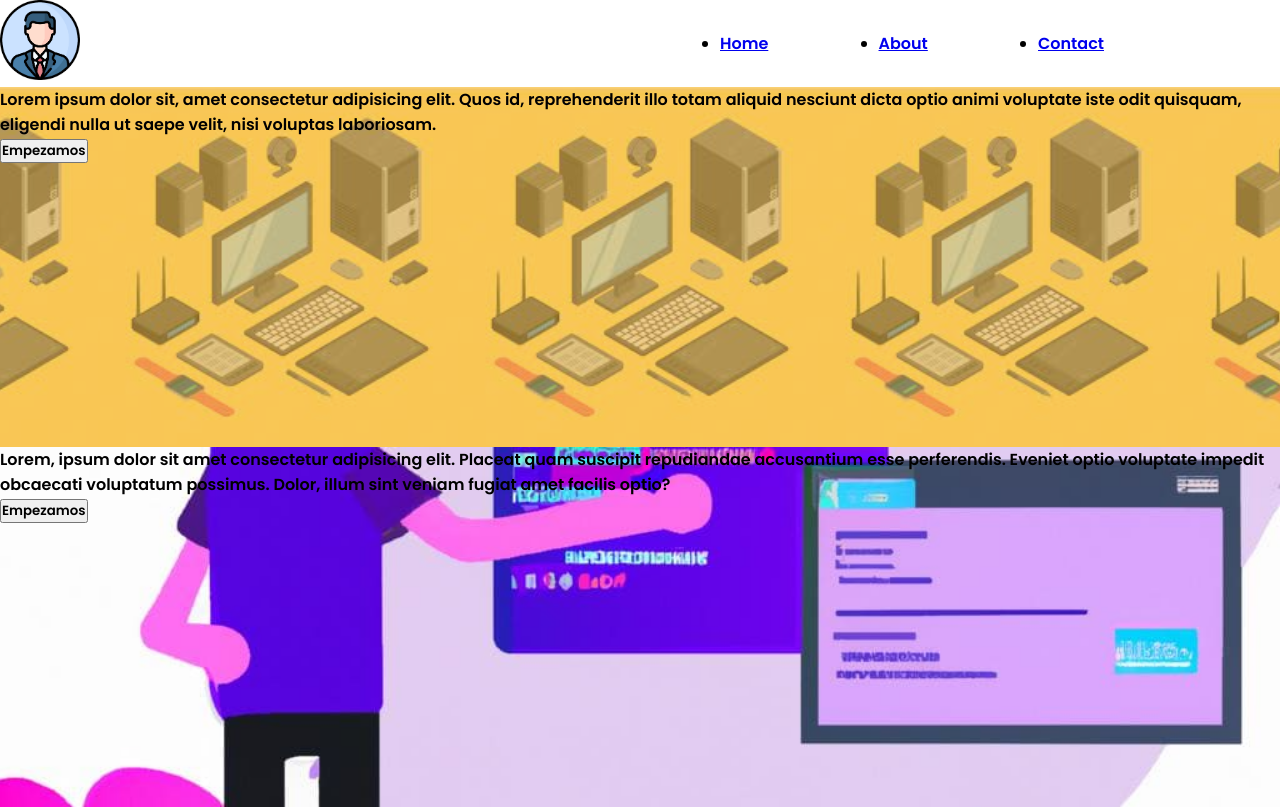
Repository: Sxcram02/projects
Page: screen-split/index.html
The author's editor kept a copy of each file at every save. The page is drawn from the files as they stood at one save, then again after the next save.
The browser window is 1280 px wide. The pictures show the whole page.

Above is the page before, as saved 2023-03-17 00:30:42.

After the next save:
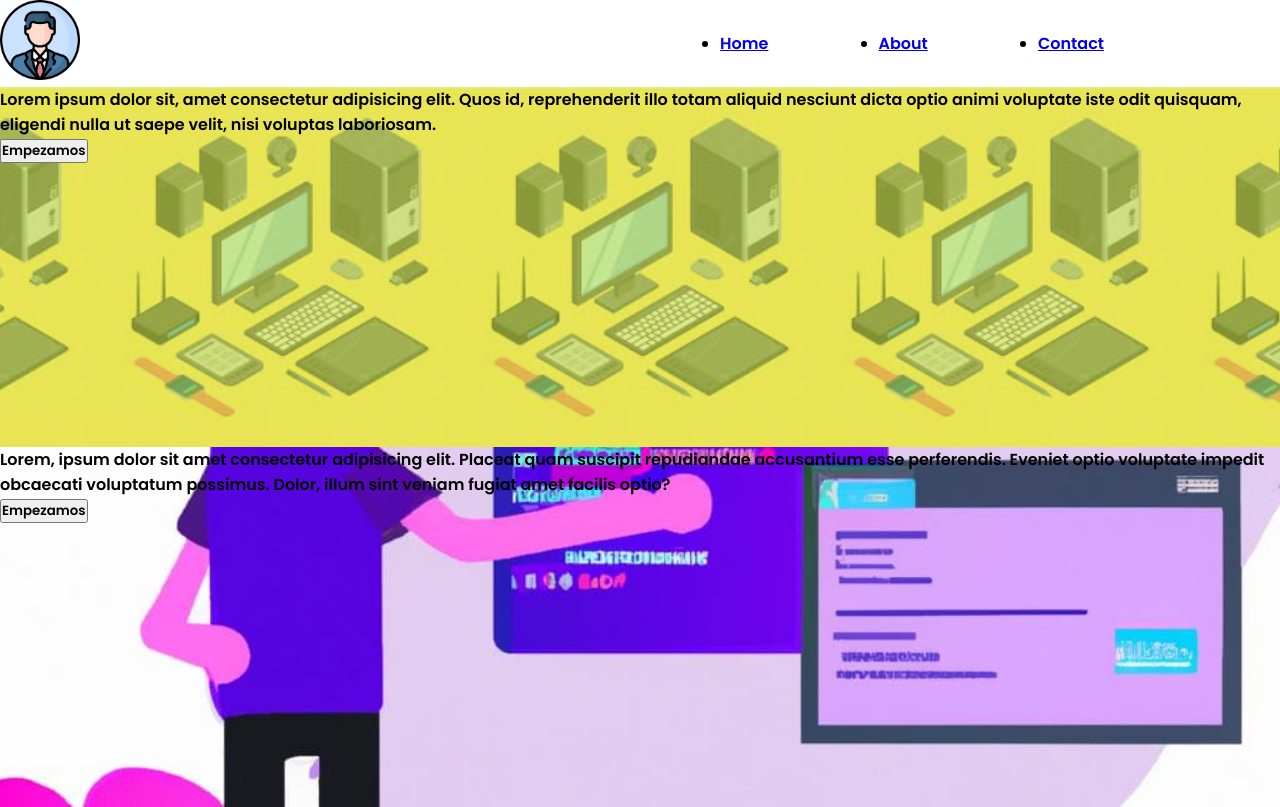
Saved 6 s later.
--- a/screen-split/style/index.css
+++ b/screen-split/style/index.css
@@ -52,7 +52,7 @@ aside {
 }
 
 .image-filterHard {
-    background-color: rgba(243, 184, 56, 0.508);
+    background-color: rgba(212, 243, 56, 0.508);
     height: 100%;
 }
 
